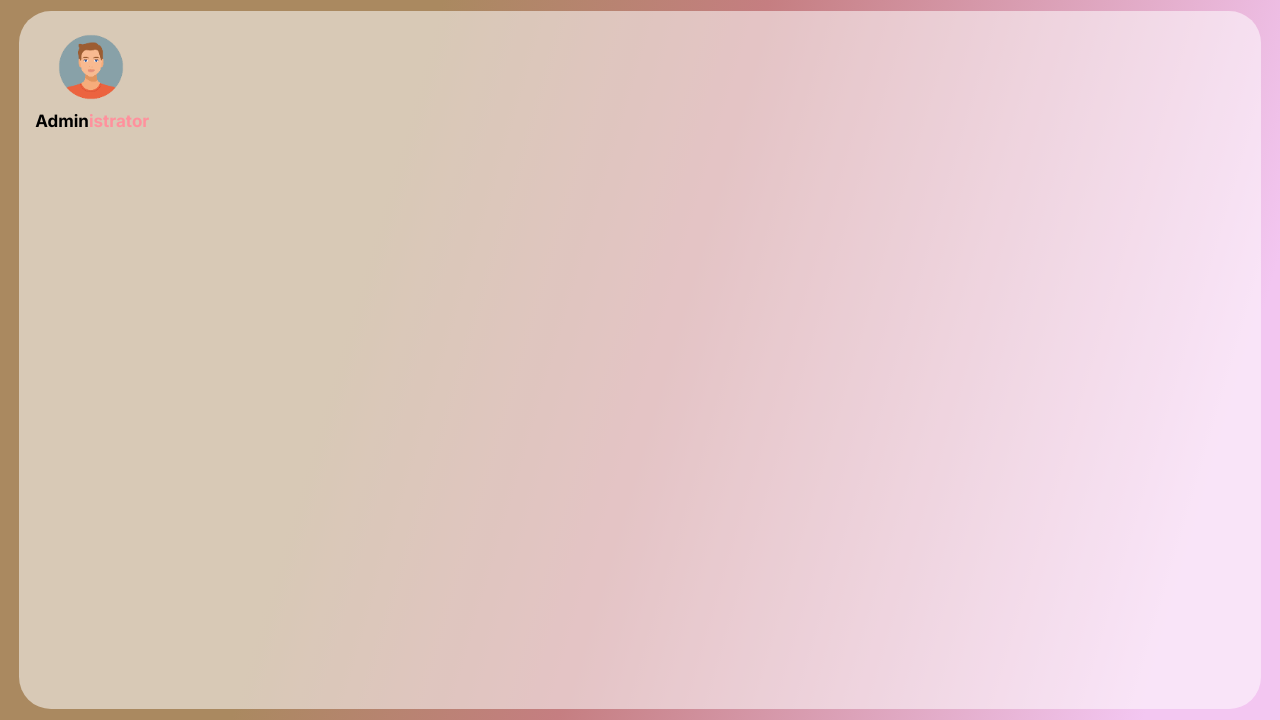
Repository: Zeeohn/react-admin-dash1
Page: /
The author's editor kept a copy of each file at every save. The page is drawn from the files as they stood at one save, then again after the next save.
The browser window is 1280 px wide. The pictures show the whole page.
The project was rebuilt for these pictures with package versions that can differ from the ones it lists, and the page was loaded fresh each time.

Above is the page before, as saved 2022-05-20 12:02:17.

### public/index.html
<!DOCTYPE html>
<html lang="en">
  <head>
    <meta charset="utf-8" />
    <meta name="viewport" content="width=device-width, initial-scale=1" />
    <meta name="theme-color" content="#000000" />
    <meta
      name="description"
      content="Web site created using create-react-app"
    />
    <link rel="preconnect" href="https://fonts.googleapis.com" />
    <link rel="preconnect" href="https://fonts.gstatic.com" crossorigin />
    <link
      href="https://fonts.googleapis.com/css2?family=Inter:wght@400;500;700&family=Poppins:ital,wght@0,100;0,200;0,300;0,400;0,500;0,600;0,700;0,800;0,900;1,100;1,200;1,300;1,400;1,500;1,600;1,700;1,800;1,900&display=swap"
      rel="stylesheet"
    />

    <style>
      body {
        margin: 0;
      }
    </style>
    <!--
      manifest.json provides metadata used when your web app is installed on a
      user's mobile device or desktop. See https://developers.google.com/web/fundamentals/web-app-manifest/
    -->
    <!--
      Notice the use of %PUBLIC_URL% in the tags above.
      It will be replaced with the URL of the `public` folder during the build.
      Only files inside the `public` folder can be referenced from the HTML.

      Unlike "/favicon.ico" or "favicon.ico", "%PUBLIC_URL%/favicon.ico" will
      work correctly both with client-side routing and a non-root public URL.
      Learn how to configure a non-root public URL by running `npm run build`.
    -->
    <title>React App</title>
  </head>
  <body>
    <noscript>You need to enable JavaScript to run this app.</noscript>
    <div id="root"></div>
    <!--
      This HTML file is a template.
      If you open it directly in the browser, you will see an empty page.

      You can add webfonts, meta tags, or analytics to this file.
      The build step will place the bundled scripts into the <body> tag.

      To begin the development, run `npm start` or `yarn start`.
      To create a production bundle, use `npm run build` or `yarn build`.
    -->
  </body>
</html>

### src/index.js
import React from 'react';
import ReactDOM from 'react-dom/client';
import App from './App';

const root = ReactDOM.createRoot(document.getElementById('root'));
root.render(
  <App />
)

// If you want to start measuring performance in your app, pass a function
// to log results (for example: reportWebVitals(console.log))
// or send to an analytics endpoint. Learn more: https://bit.ly/CRA-vitals

### src/App.js
import "./App.css";
import Sidebar from "./components/sidebar/Sidebar.jsx";

function App() {
  return (
    <div className="App">
      <div className="AppGlass">
        <Sidebar />
        <div></div>
        <div></div>
      </div>
    </div>
  );
}

export default App;

### src/App.css
:root {
  --yellow: linear-gradient(180deg, #f8d49a -146.42%, #fad79d -46.42%);
  --orange: #fca61f;
  --black: #242d49;
  --gray: #788097;
  --purple: linear-gradient(180deg, #bb67ff 0%, #c484f3 100%);
  --pink: #ff919d;
  --glass: rgba(255, 255, 255, 0.54);
  --boxShadow: 0px 19px 60px rgb(0 0 0 / 8%);
  --smboxShadow: -79px 51px 60px rgba(0, 0, 0, 0.08);
  --activeItem: #f799a354;
}

.App {
  background: linear-gradient(
    106.37deg,
    #aa8960 29.63%,
    #c57e81 51.55%,
    #f3c6f1 90.85%
  );
  height: 100vh;
  display: flex;
  justify-content: center;
  align-items: center;
  font-family: "Inter", sans-serif;
}

.AppGlass {
  display: grid;
  height: 97%;
  width: 97%;
  border-radius: 2rem;
  background-color: var(--glass);
  overflow: hidden;
  grid-template-columns: 11rem auto 23rem;
}

### src/components/sidebar/Sidebar.jsx
import React from "react";
import "./Sidebar.css";
import Placeholder from "../../imgs/placeholder.png";

const Sidebar = () => {
  return (
    <div className="Sidebar">
      {/*logo*/}
      <div className="logo">
        <img src={Placeholder} alt="Admin placeholder" />
        <span>
          Admin<span>istrator</span>
        </span>
      </div>
    </div>
  );
};

export default Sidebar;

### src/components/sidebar/Sidebar.css
.Sidebar {
  display: flex;
  flex-direction: column;
  position: relative;
  padding-top: 1rem;
  transition: all 300ms ease;
}

.logo {
  display: block;
  height: 4rem;
  font-weight: bold;
  font-size: 17px;
  gap: 0.1rem;
  padding-left: 1rem;
  align-items: center;
  justify-content: center;
  height: 2%;
}

.logo > img {
  width: 5rem;
  height: 5rem;
  padding-left: 1rem;
}

.logo > span > span {
  color: var(--pink);
}

After the next save:
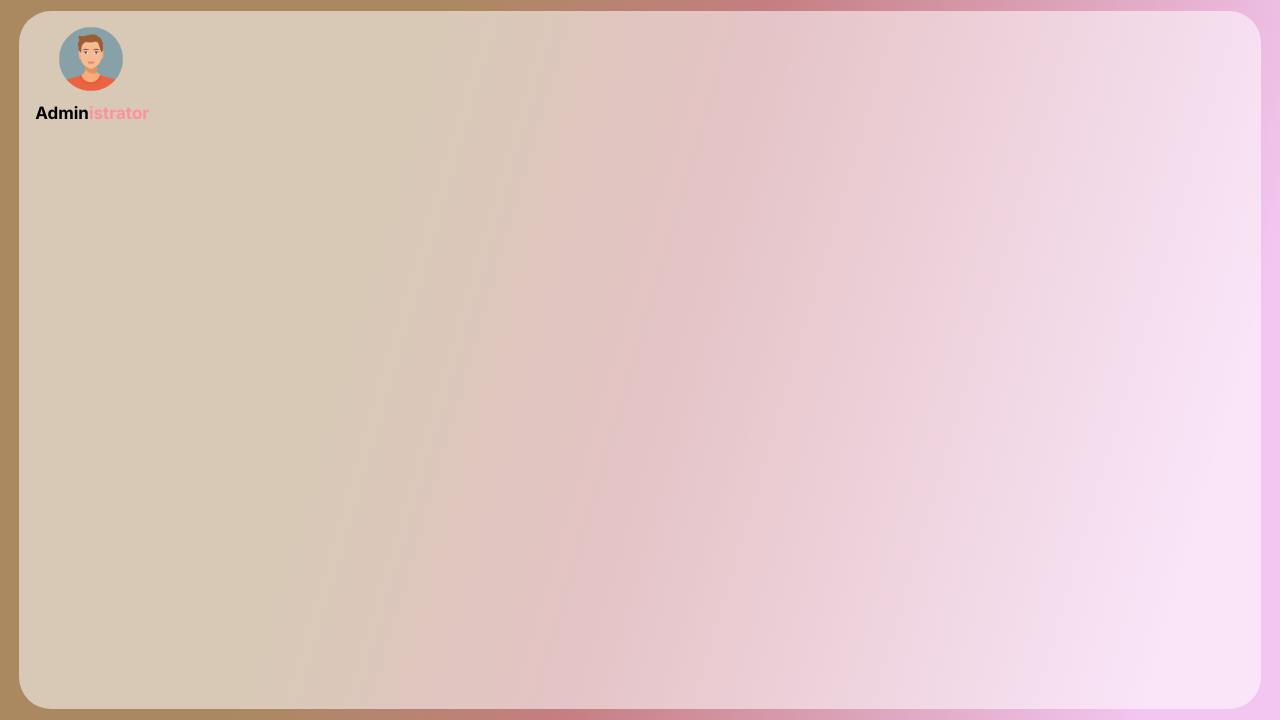
Saved 23 s later.
--- a/src/components/sidebar/Sidebar.css
+++ b/src/components/sidebar/Sidebar.css
@@ -2,7 +2,7 @@
   display: flex;
   flex-direction: column;
   position: relative;
-  padding-top: 1rem;
+  padding-top: 0.5rem;
   transition: all 300ms ease;
 }
 
